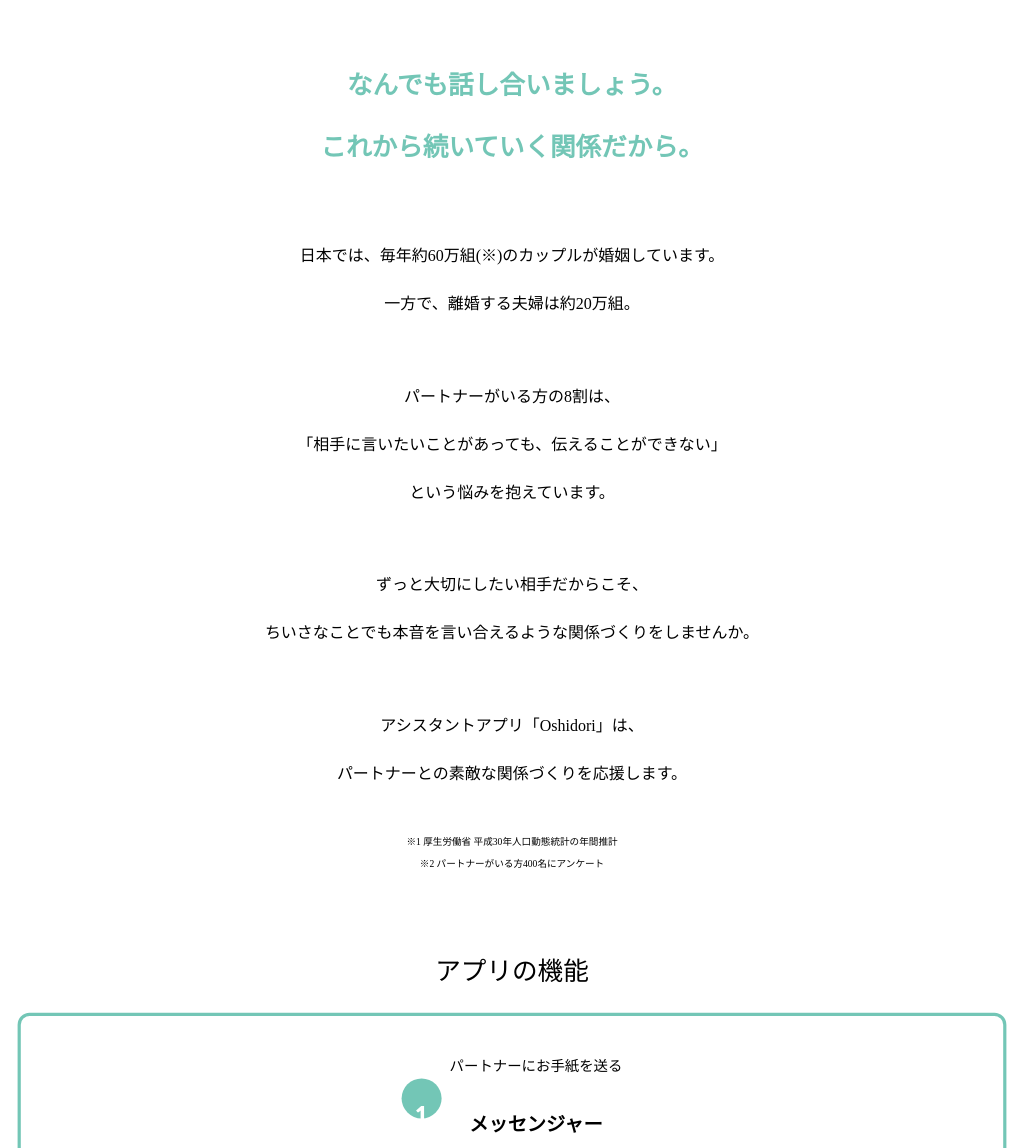
Repository: YamaTatsu10969/Oshidori_LP
Page: Oshidori.html
An editor plug-in stored every save of this project. The page is shown before and after the next save, followed by the edit.
The browser window is 1280 px wide. The pictures show the part of the page from y = 0 to 1435 px (the page is 3280 px tall before and 3306 px after), at 80% of full size.
A picture or video elsewhere on the page could not be fetched, so the positions and the page height are approximate.

Above is the page before, as saved 2019-05-25 23:39:12.

After the next save:
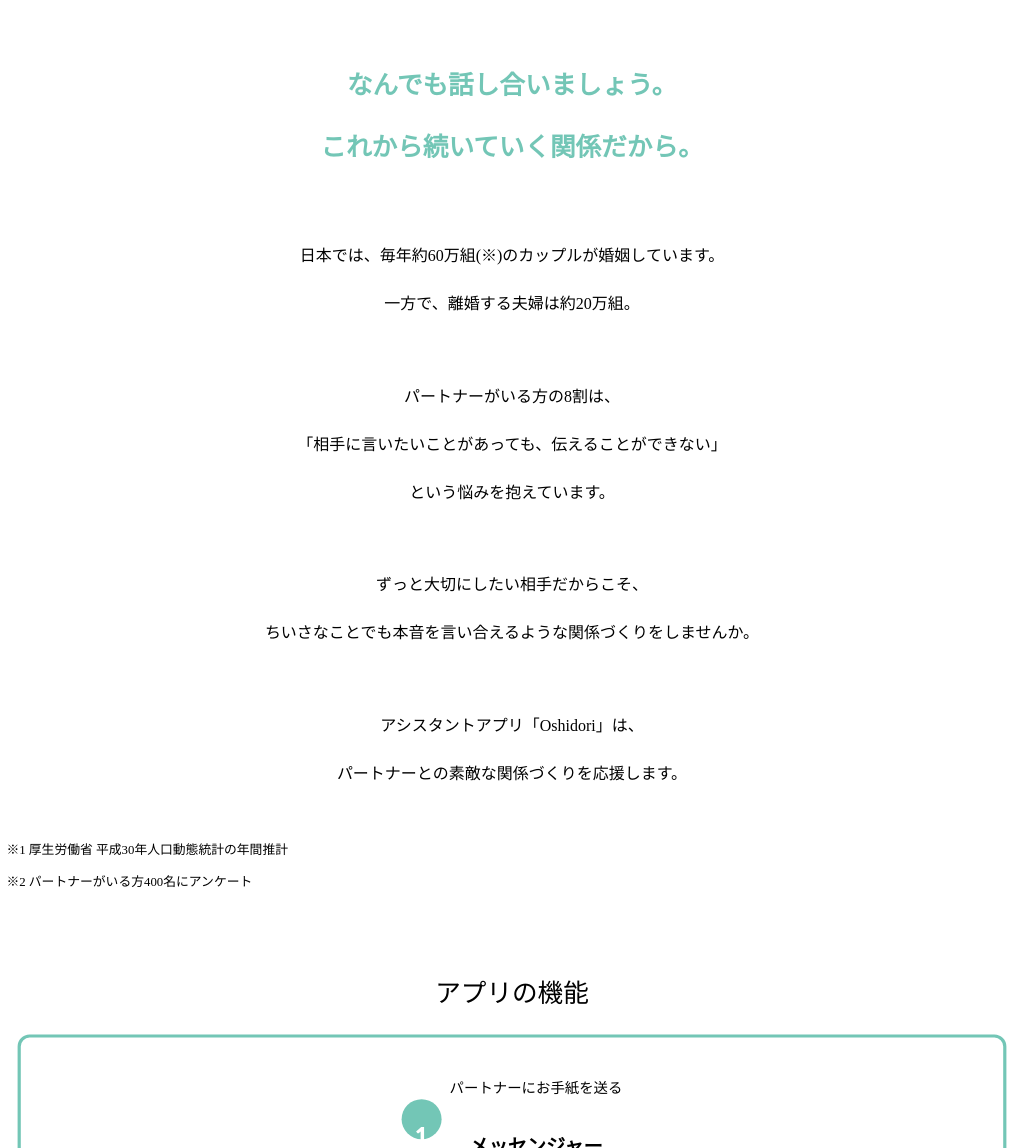
Saved 65 s later.
--- a/Oshidori.css
+++ b/Oshidori.css
@@ -61,11 +61,7 @@
     padding: 5px 0px 5px 0px;
 }
 
-div.data-annotation>p {
-    font-size: 12px;
-    line-height: 1.4;
-    text-align: center;
-}
+
 
 /* 480px以下、モバイル用。 */
 @media screen and (max-width: 750px) {
